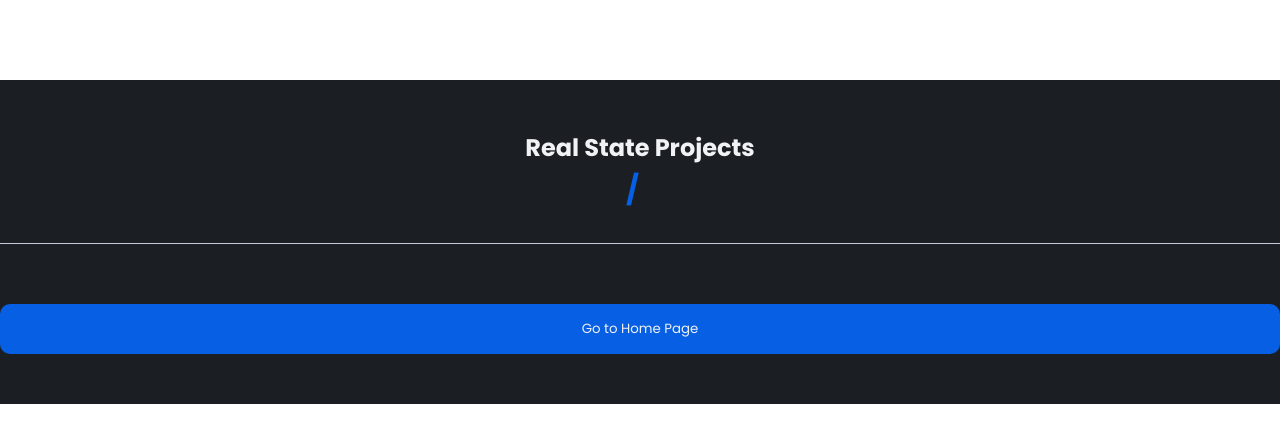
Repository: ayoubgharts/nextjs_protfolio
Page: /tutorials
An editor plug-in stored every save of this project. The page is shown before and after a run of saves, followed by the edit.
The browser window is 1280 px wide. The pictures show the whole page.
The project was rebuilt for these pictures with package versions that can differ from the ones it lists, and the page was loaded fresh each time. The framework's server and built-in components were replaced by stand-ins that run in the browser. Also part of the build but not shown: next.config.mjs.

Above is the page before, as saved 2025-05-30 16:22:08.

After the next 2 saves:
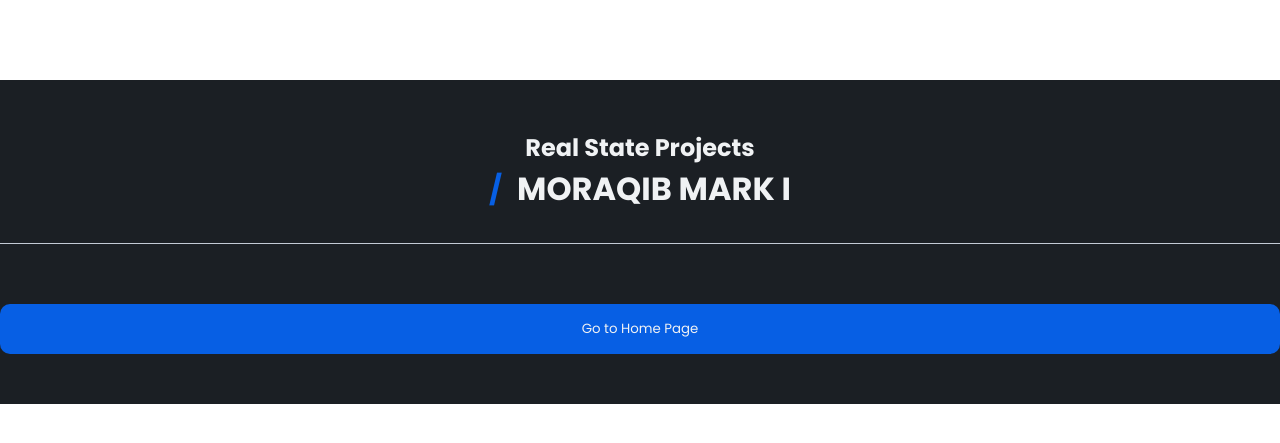
The 2 saves are shown as one change because they came seconds apart.
The last was saved 8 s later.
--- a/src/app/tutorials/page.jsx
+++ b/src/app/tutorials/page.jsx
@@ -17,7 +17,7 @@
     <main className={styles.tutorials}>
       <Container>
         <h2>Real State Projects</h2>
-        <SectionTitle textContent={""} />
+        <SectionTitle textContent={"MORAQIB mark I"} />
         <Link href="/">
           <button className={styles.button}>Go to Home Page</button>
         </Link>
